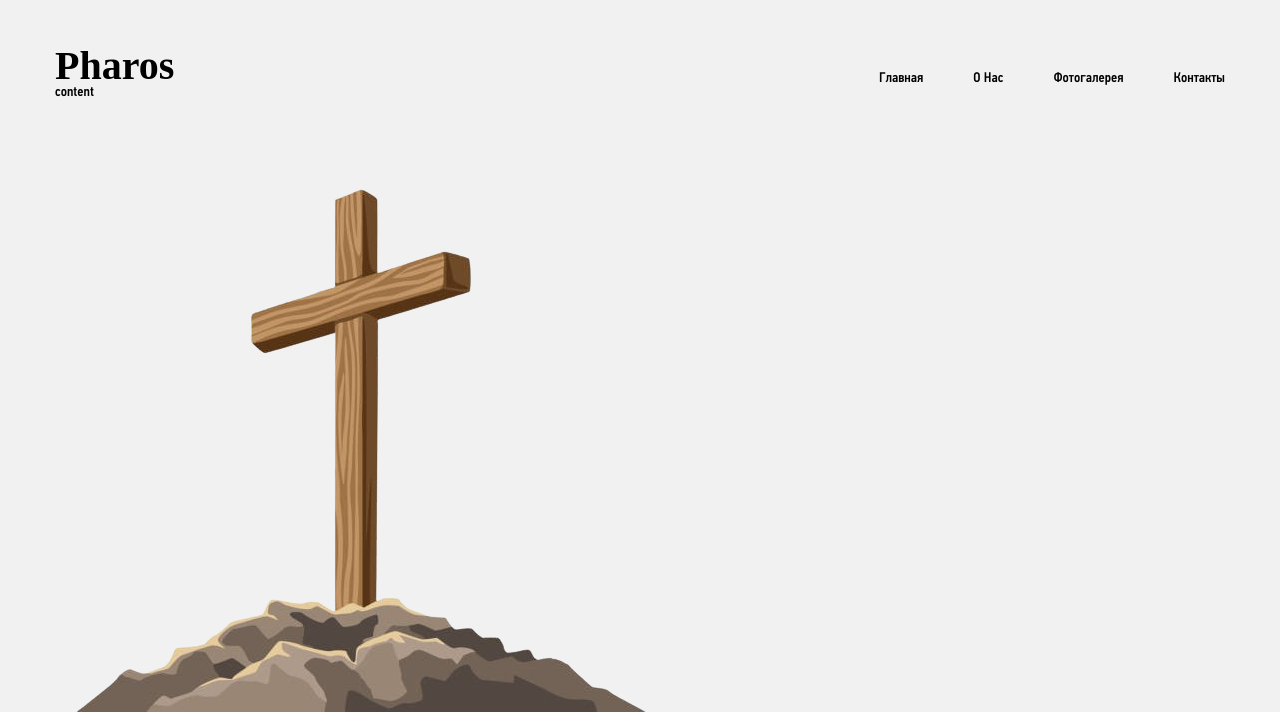
Repository: Bohdan-Sandovenko/youth-project
Page: index.html
The author's editor kept a copy of each file at every save. The page is drawn from the files as they stood at one save, then again after the next save.
The browser window is 1280 px wide. The pictures show the whole page.
Some web fonts or font styles are not loaded; a fallback is used. The style sheet was rebuilt from its Sass, Less or Tailwind sources for each picture, by a compiler version that may differ from the author's.

Above is the page before, as saved 2024-09-10 10:54:08.

### index.html
<!DOCTYPE html>
<html lang="en">
<head>
    <meta charset="UTF-8">
    <meta name="viewport" content="width=device-width, initial-scale=1.0">
    <title>Pharos - Christian youth</title>
    <link rel="stylesheet" href="css/style.css">
    <link rel="stylesheet" href="css/media.css">
</head>
<body>
    <header class="header">
        <div class="container">
            <!--Header nav-->
            <div class="header-nav">
                <a href="#!" class="logo">Pharos</a>
                <nav class="nav">
                    <ul class="nav-list">
                        <li class="nav-item"><a href="" class="nav-link">Главная</a></li>
                        <li class="nav-item"><a href="" class="nav-link">О Нас</a></li>
                        <li class="nav-item"><a href="" class="nav-link">Фотогалерея</a></li>
                        <li class="nav-item"><a href="" class="nav-link">Контакты</a></li>
                    </ul>
                </nav>
            </div>
            <!--header content-->
            <div class="header-row">
                <div class="header-content">content</div>
                <div class="header-img">
                    <img src="./img/cross-chrisitian.png" alt="">
                </div>
            </div>
        </div>
    </header>
    <script src="./js/main.js"></script>
</body>
</html>

### css/style.scss
@import "nullstyles.scss";

@font-face {
    font-family: 'Poppins';
    src: url('../fonts/Poppins/PFDinTextCondPro-Medium.woff2') format('woff2');
    font-weight: 900;
    font-style: bold;
    font-display: swap;
}

@font-face {
    font-family: 'Permanent Marker';
    src: url('../fonts/Permanent/PermanentMarker-Regular.woff2') format('woff2');
    font-weight: normal;
    font-style: normal;
    font-display: swap;
}

body {
    color: black;
    font-family: 'Poppins', sans-serif;

    .header {
        padding: 46px 0px 0px 0px;
        background-color: #F1F1F1;

        .container {
            max-width: 1230px;
            padding: 0 30px;
            margin: 0 auto;

            .header-nav {
                display: flex;
                justify-content: space-between;
                align-items: flex-end;

                .logo {
                    font-family: 'Permanent Marker';
                    font-weight: 700;
                    font-size: 40px;
                    color: black;
                }

                .nav-list {
                    display: flex;
                    column-gap: 50px; //оступы между элементами
                    font-size: 14px;

                    .nav-item {
                        .nav-link {
                            color: black;

                            &:hover {
                                color: #606060;
                            }
                        }
                    }
                }
            }

            .header-row {}
        }
    }
}

### css/nullstyles.scss
* {
    padding: 0;
    margin: 0;
    border: 0;
}


*,
*:before,
*:after {
    -webkit-box-sizing: border-box;
    -moz-box-sizing: border-box;
    box-sizing: border-box;
}


:focus,
:active {
    outline: none;
}

a:focus,
a:active {
    outline: none;
}


nav,
footer,
header,
aside {
    display: block;
}


html,
body {
    height: 100%;
    width: 100%;
    font-size: 100%;
    line-height: 1;
    font-size: 14px;
    -ms-text-size-adjust: 100%;
    -moz-text-size-adjust: 100%;
    -webkit-text-size-adjust: 100%;
}


input,
button,
textarea {
    font-family: inherit;
}


input::-ms-clear {
    display: none;
}

button {
    cursor: pointer;
}

button::-moz-focus-inner {
    padding: 0;
    border: 0;
}

a,
a:visited {
    text-decoration: none;
}

a:hover {
    text-decoration: none;
}

ul li {
    list-style: none;
}

img {
    vertical-align: top;
}

h1,
h2,
h3,
h4,
h5,
h6 {
    font-size: inherit;
    font-weight: 400;
}

Loaded but not shown: js/main.js (no stored copy; drawn as an empty file); css/media.scss (no stored copy; drawn as an empty file)

After the next save:
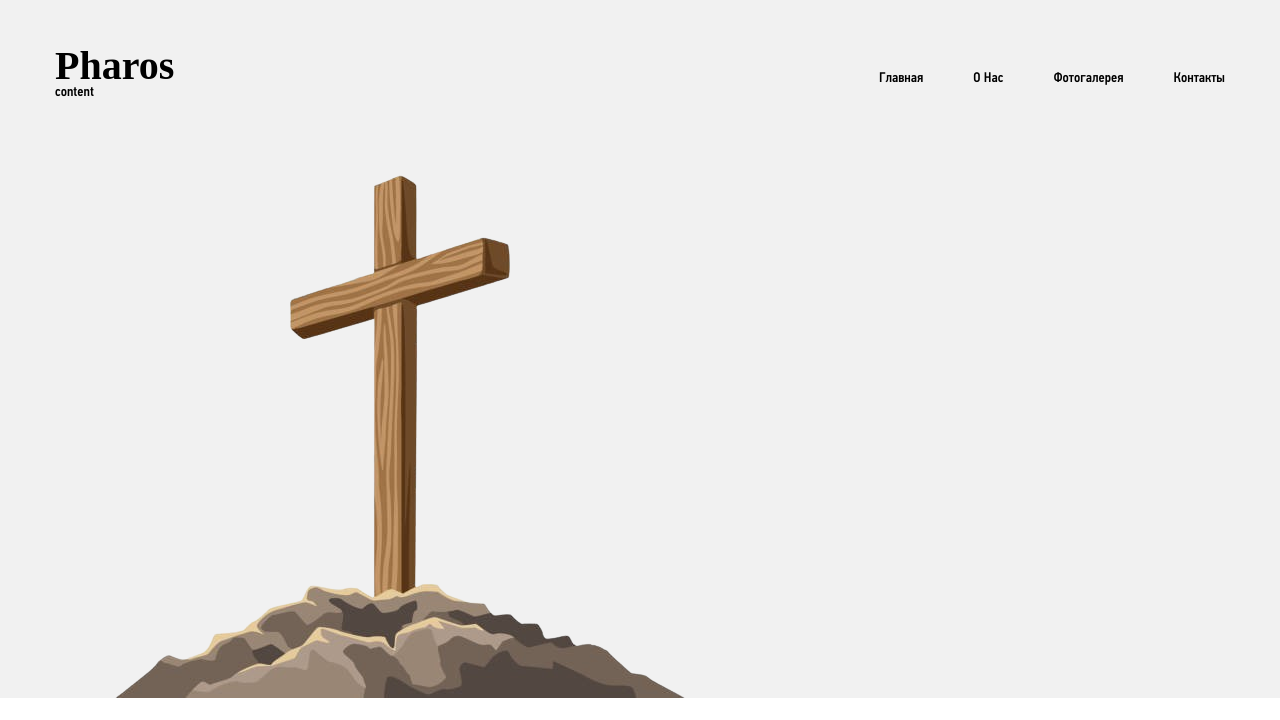
Saved 19 s later.
--- a/css/style.scss
+++ b/css/style.scss
@@ -58,7 +58,9 @@ body {
                 }
             }
 
-            .header-row {}
+            .header-row {
+                display: flex;
+            }
         }
     }
 }
